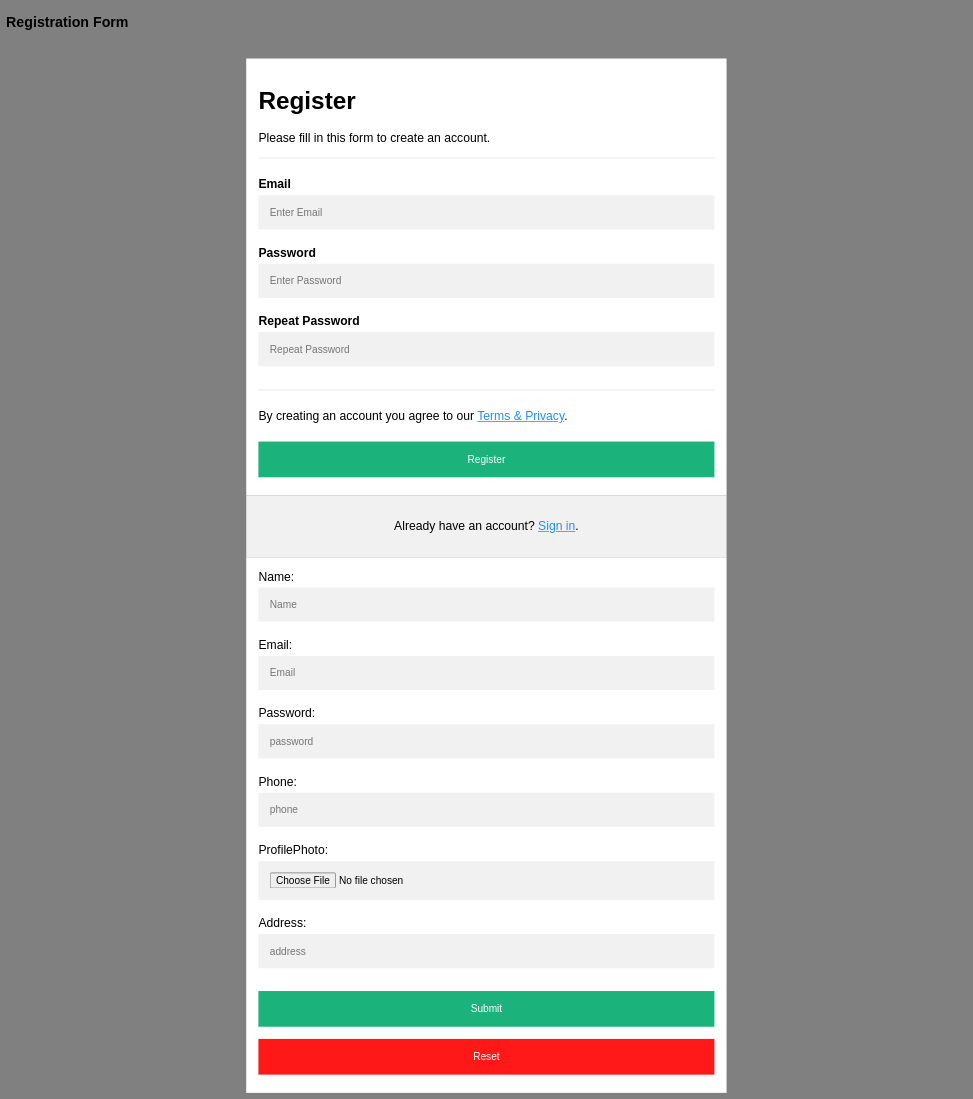
Repository: hemanthchallacs/learning_spring_boot
Page: http://localhost/RegistrationForm
The author's editor kept a copy of each file at every save. The page is drawn from the files as they stood at one save, then again after the next save.
The browser window is 1280 px wide. The pictures show the whole page, at 76% of full size.
The page is this project's Thymeleaf template; nobody is signed in. The template is opened directly, without the code that normally fills it, so the values that code supplies are empty.

Above is the page before, as saved 2021-07-12 17:06:42.

### ver1_elearning/src/main/resources/templates/RegistrationForm.html
<!DOCTYPE html>
<html xmlns:th ="http://www.thymeleaf.org">
<head>
<meta charset="ISO-8859-1">
<title>Registration from</title>
<style>
div {

  height: 50%;
  width: 50%;



	margin: auto;
}
body {
  font-family: Arial, Helvetica, sans-serif;
  background-color: gray;
}

* {
  box-sizing: border-box;
}

/* Add padding to containers */
.container {
  padding: 16px;
  background-color: white;
}

/* Full-width input fields */
input[type=file], input[type=password] {
  width: 100%;
  padding: 15px;
  margin: 5px 0 22px 0;
  display: inline-block;
  border: none;
  background: #f1f1f1;
}


input[type=text], input[type=password] {
  width: 100%;
  padding: 15px;
  margin: 5px 0 22px 0;
  display: inline-block;
  border: none;
  background: #f1f1f1;
}

input[type=text]:focus, input[type=password]:focus {
  background-color: #ddd;
  outline: none;
}

/* Overwrite default styles of hr */
hr {
  border: 1px solid #f1f1f1;
  margin-bottom: 25px;
}

/* Set a style for the submit button */
.registerbtn {
  background-color: #04AA6D;
  color: white;
  padding: 16px 20px;
  margin: 8px 0;
  border: none;
  cursor: pointer;
  width: 100%;
  opacity: 0.9;
}

.resetbtn {
  background-color: red;
  color: white;
  padding: 16px 20px;
  margin: 8px 0;
  border: none;
  cursor: pointer;
  width: 100%;
  opacity: 0.9;
}
.registerbtn:hover {
  opacity: 1;
}

/* Add a blue text color to links */
a {
  color: dodgerblue;
}

/* Set a grey background color and center the text of the "sign in" section */
.signin {
  background-color: #f1f1f1;
  text-align: center;
}
</style>
</head>
<body>
<h3>Registration Form</h3>
<br>


<form action="/action_page.php">
  <div class="container">
    <h1>Register</h1>
    <p>Please fill in this form to create an account.</p>
    <hr>

    <label for="email"><b>Email</b></label>
    <input type="text" placeholder="Enter Email" name="email" id="email" required>

    <label for="psw"><b>Password</b></label>
    <input type="password" placeholder="Enter Password" name="psw" id="psw" required>

    <label for="psw-repeat"><b>Repeat Password</b></label>
    <input type="password" placeholder="Repeat Password" name="psw-repeat" id="psw-repeat" required>
    <hr>
    <p>By creating an account you agree to our <a href="#">Terms & Privacy</a>.</p>

    <button type="submit" class="registerbtn">Register</button>
  </div>

  <div class="container signin">
    <p>Already have an account? <a href="#">Sign in</a>.</p>
  </div>
</form>




<form th:action=@{/registerUser}  th:object=${newuser}  method="post" enctype="multipart/form-data">
<!--  UserID:<input type="text" placeholder= "UserID" th:field=*{user_id}>-->
  <div class="container">
Name:<input type="text" placeholder= "Name" th:field=*{name}>
Email:<input type="text" placeholder= "Email" th:field=*{email}>
Password:<input type="password" placeholder= "password" th:field=*{password}>
Phone:<input type="text" placeholder= "phone" th:field=*{phone_no}>
ProfilePhoto:
<input type="file" accept="image/*"name="image">
<br>
Address:<input type="text" placeholder= "address" th:field=*{address}>

<input  class="registerbtn" type="submit" name="Register">
<input class="resetbtn" type="reset" name= "Reset">
</div>


</form>


</body>
</html>

After the next save:
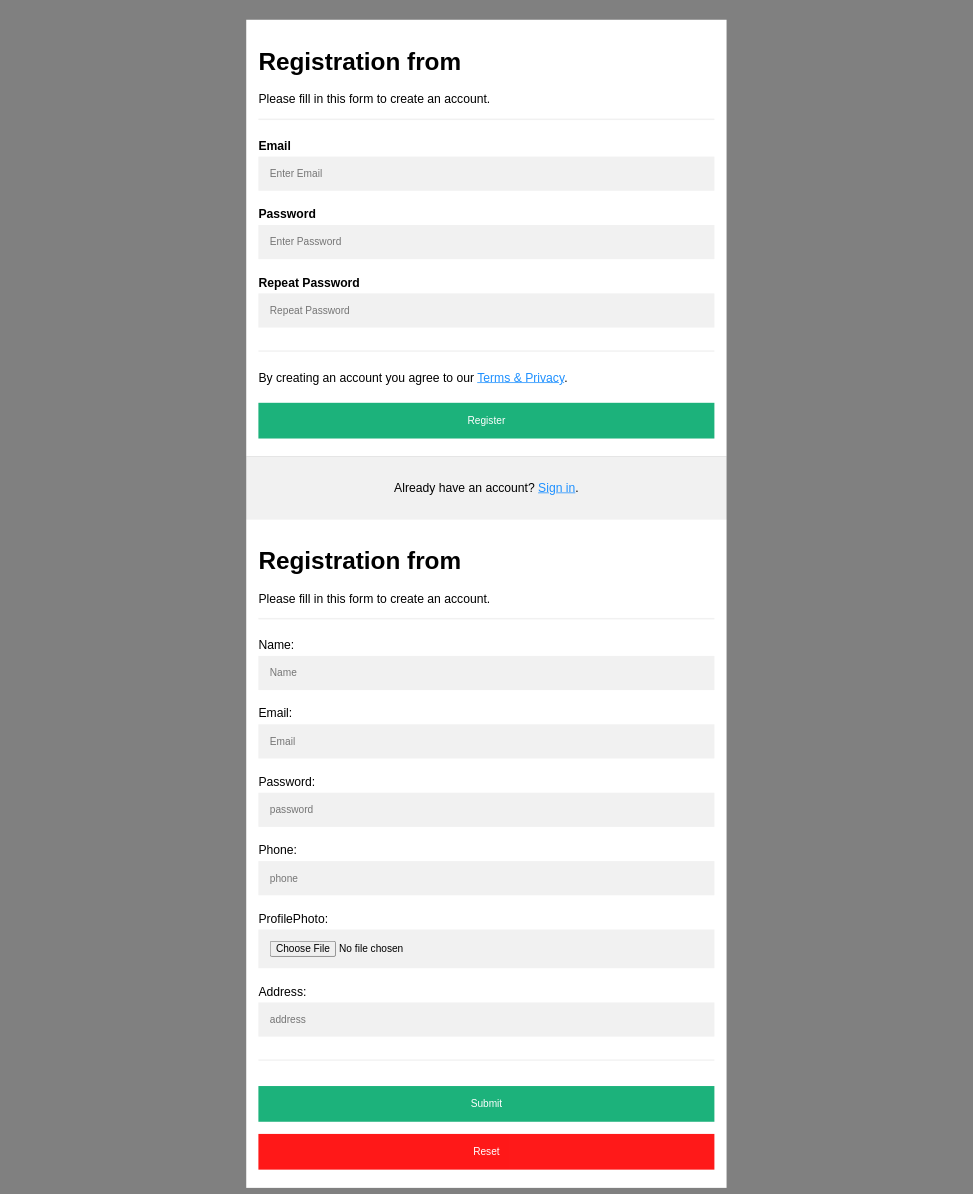
Saved 75 s later.
--- a/ver1_elearning/src/main/resources/templates/RegistrationForm.html
+++ b/ver1_elearning/src/main/resources/templates/RegistrationForm.html
@@ -98,13 +98,13 @@ a {
 </style>
 </head>
 <body>
-<h3>Registration Form</h3>
+
 <br>
 
 
 <form action="/action_page.php">
   <div class="container">
-    <h1>Register</h1>
+    <h1>Registration from</h1>
     <p>Please fill in this form to create an account.</p>
     <hr>
 
@@ -133,6 +133,9 @@ a {
 <form th:action=@{/registerUser}  th:object=${newuser}  method="post" enctype="multipart/form-data">
 <!--  UserID:<input type="text" placeholder= "UserID" th:field=*{user_id}>-->
   <div class="container">
+ <h1>Registration from</h1>
+    <p>Please fill in this form to create an account.</p>
+    <hr>
 Name:<input type="text" placeholder= "Name" th:field=*{name}>
 Email:<input type="text" placeholder= "Email" th:field=*{email}>
 Password:<input type="password" placeholder= "password" th:field=*{password}>
@@ -141,7 +144,7 @@ ProfilePhoto:
 <input type="file" accept="image/*"name="image">
 <br>
 Address:<input type="text" placeholder= "address" th:field=*{address}>
-
+<hr>
 <input  class="registerbtn" type="submit" name="Register">
 <input class="resetbtn" type="reset" name= "Reset">
 </div>
